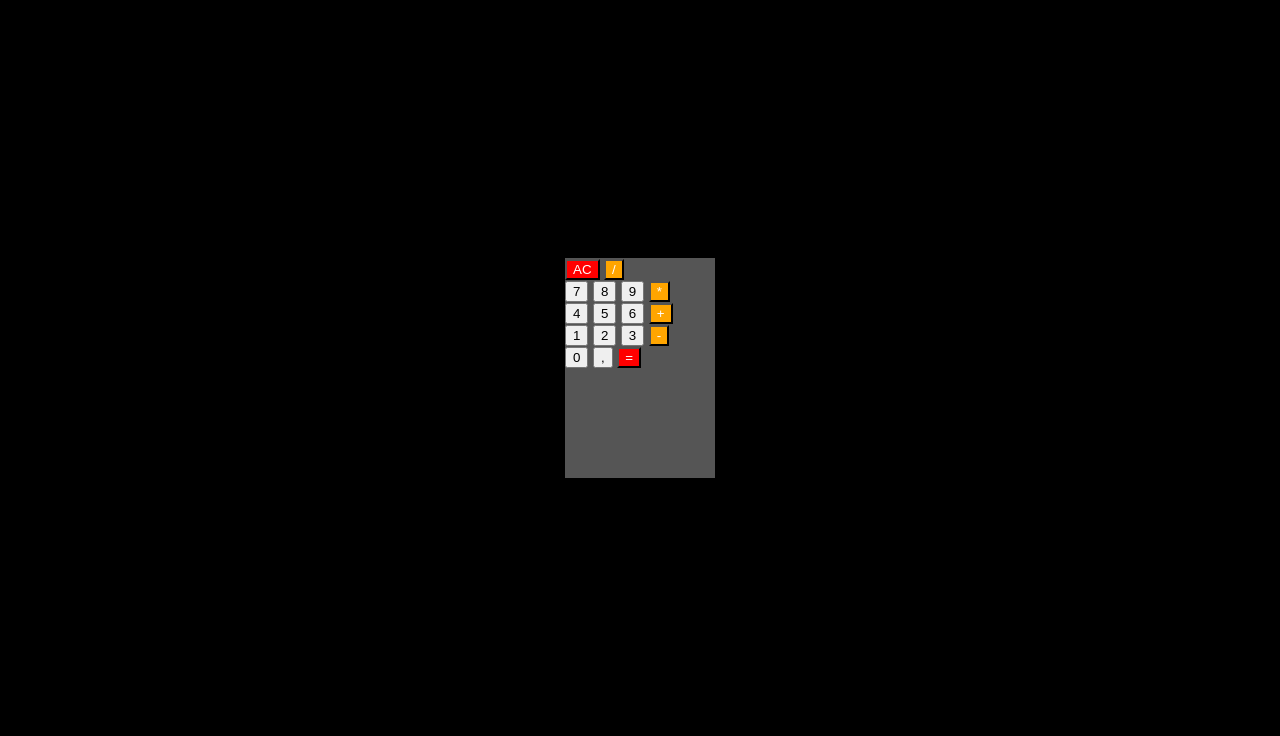
Repository: andersonxoliveira/Aplicacao_Calculadora
Page: /
An editor plug-in stored every save of this project. The page is shown before and after the next save, followed by the edit.
The browser window is 1280 px wide. The pictures show the whole page.
The project was rebuilt for these pictures with package versions that can differ from the ones it lists, and the page was loaded fresh each time. Also part of the build but not shown: svelte.config.js, vite.config.ts.

Above is the page before, as saved 2022-06-26 18:08:26.

### src/App.svelte
<script lang="ts">
import Calculadora from "./components/Calculadora.svelte";


</script>

<main>
        <Calculadora />
</main>

<style>
:global(body) {
  background-color: black;
}

  :root {
    --cor-fundo: #555 ;
    font-family: -apple-system, BlinkMacSystemFont, 'Segoe UI', Roboto, Oxygen,
      Ubuntu, Cantarell, 'Open Sans', 'Helvetica Neue', sans-serif;
  }

  main {
   display: flex;
   justify-content: center;
   align-items: center;
   height:  100vh;
  }

</style>

### src/components/Calculadora.svelte
<script lang="ts">
import Botao from "./Botao.svelte";
import Linha from "./Linha.svelte";

</script>
<div class="calculadora">
  <Linha >
    <Botao destaque triplo texto="AC"/>
    <Botao operacao texto="/"/>
</Linha>
  <Linha >
             <Botao texto="7"/>
             <Botao texto="8"/>
              <Botao texto="9"/>
              <Botao operacao texto="*"/>
      </Linha>
      <Linha >
        <Botao texto="4"/>
        <Botao texto="5"/>
         <Botao texto="6"/>
         <Botao operacao texto="+"/>
 </Linha>
 <Linha >
  <Botao texto="1"/>
  <Botao texto="2"/>
   <Botao texto="3"/>
   <Botao operacao texto="-"/>
</Linha>
<Linha >
  <Botao duplo texto="0"/>
  <Botao texto=","/>
   <Botao destaque texto="="/>
  </Linha>
</div>

<style>
      .calculadora {
        background-color: var(--cor-fundo);
        height:  220px;
        width:  150px;

        display: flex;
        flex-direction:  column;
      }
</style>

### src/components/Botao.svelte
<script lang="ts">
      export let texto: string
      export let triplo: boolean = false
      export let duplo: boolean = false
      export let operacao: boolean = false
      export let destaque: boolean = false
</script>

<button class= "botao"
class:triplo class:duplo class:operacao class:destaque>
{texto}
</button>

<style>
        .botao {
            margin:  0;
              flex-basis:  25%;
        }

          .triplo {
            flex-basis:  75%;
          }

          .duplo {
            flex-basis:  50%;
          }

          .operacao {
           background-color: orange;
           color: white;
          }

          .destaque {
            background-color: red;
            color: white;
          }
</style>

### src/components/Linha.svelte
<div class="linha">
        <slot />
</div>

<style>
      .linha {
        display: felx;
      }
</style>

Loaded but not shown: index.html (common file); src/main.ts (common file)

After the next save:
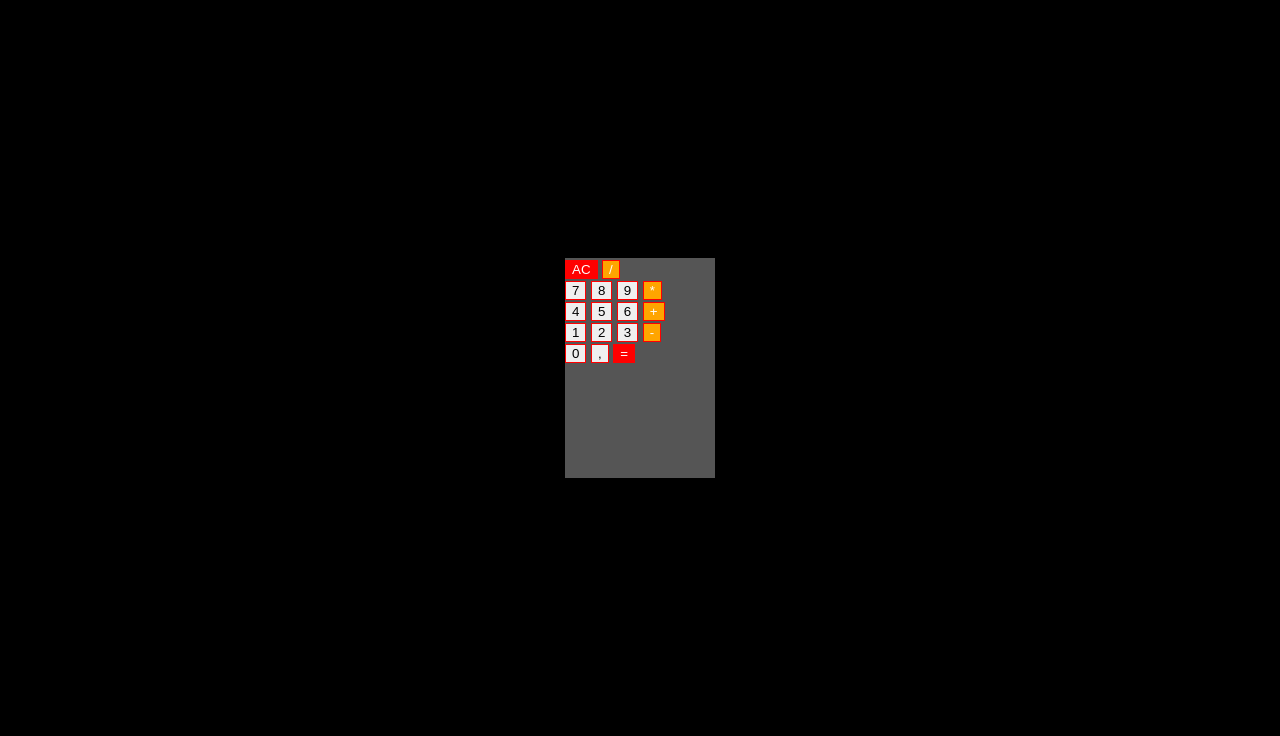
Saved 89 s later.
--- a/src/components/Botao.svelte
+++ b/src/components/Botao.svelte
@@ -14,6 +14,7 @@
 <style>
         .botao {
             margin:  0;
+            border:  1px solid red;
               flex-basis:  25%;
         }
 

After the save that followed:
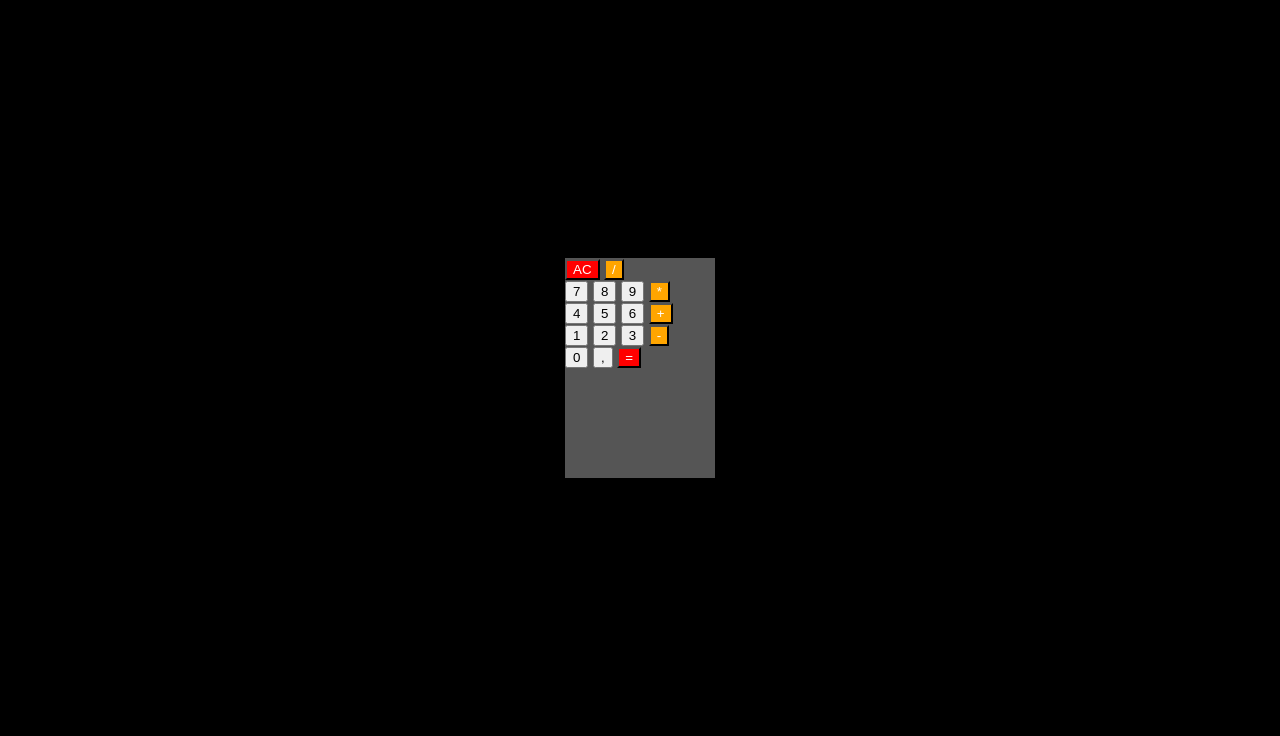
Saved 39 s later.
--- a/src/components/Botao.svelte
+++ b/src/components/Botao.svelte
@@ -12,7 +12,7 @@
 </button>
 
 <style>
-        .botao {
+        .texto {
             margin:  0;
             border:  1px solid red;
               flex-basis:  25%;
